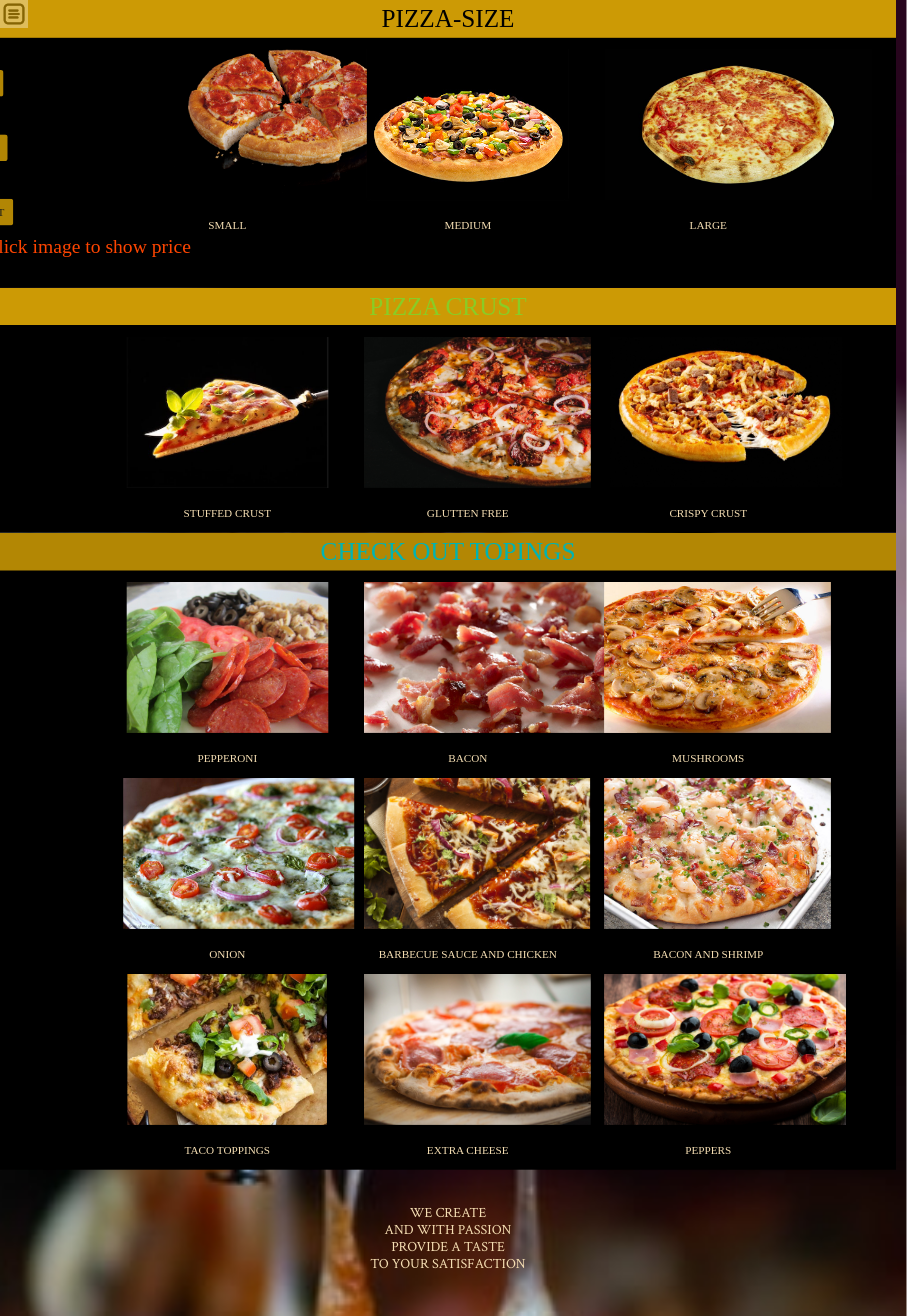
Repository: alexmwaura/MOREO--PIZZA-IP4
Page: mine.html
These files come from the project's save history. The page is drawn as it stood at one moment and after the next save; the edit follows.
The browser window is 1280 px wide. The page is 1303 px wide, so the pictures cover 1303 px, including what lies to the right of the window. The pictures show the part of the page from y = 0 to 1880 px (the page is 3153 px tall), at 70% of full size.
Some web fonts or font styles are not loaded; a fallback is used.

Above is the page before, as saved 2019-09-01 17:33:11.

After the next save:
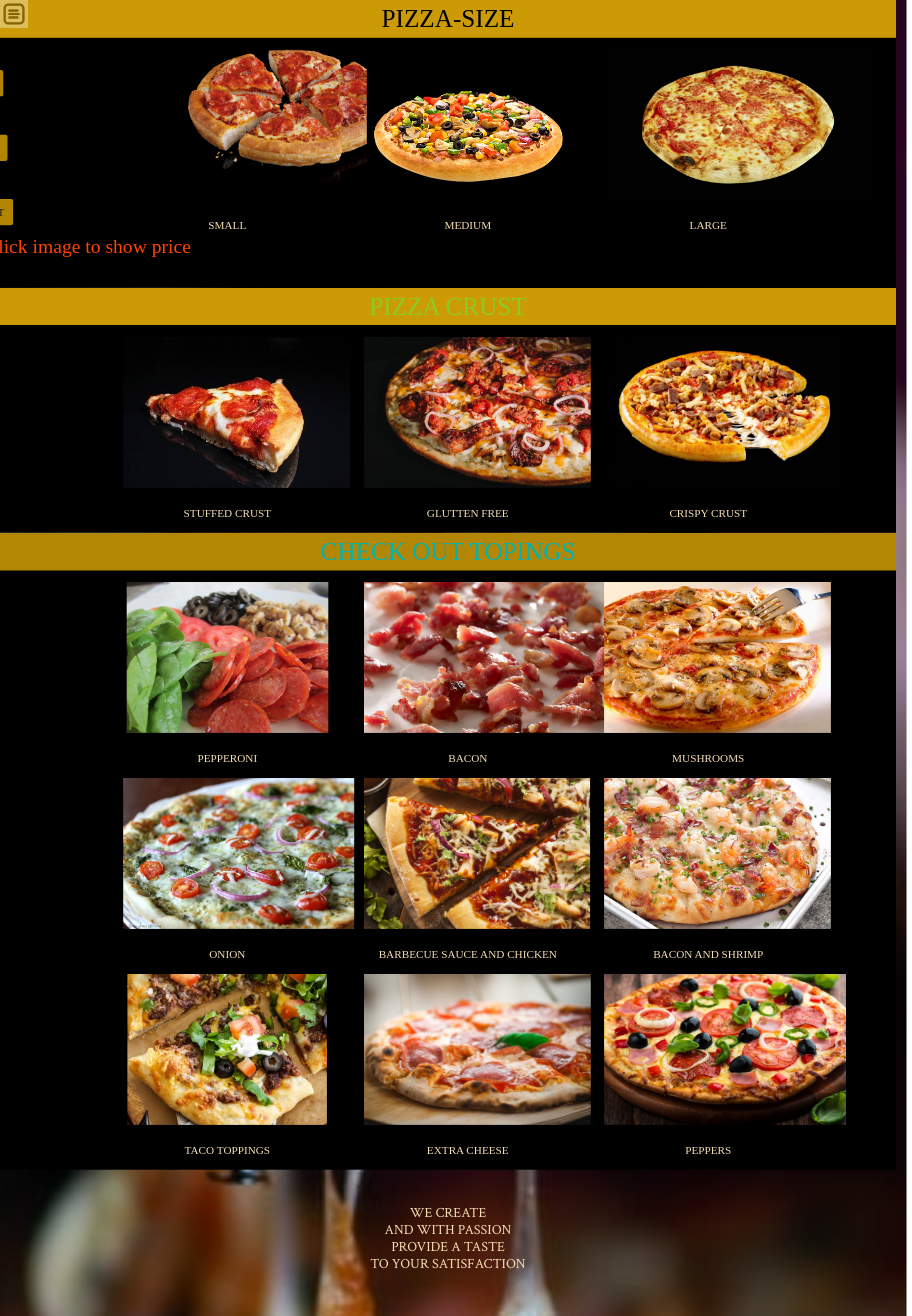
Saved 92 s later.
--- a/mine.html
+++ b/mine.html
@@ -152,7 +152,7 @@
 
                     <div class="col-lg-3 col-md-3 col-sm-3">
                         <div id="work1">
-                            <img src="./IMAGES/stuffed3.jpg" alt="" class="img-fluid-1"><br><br>
+                            <img src="./IMAGES/stuffed4.jpg" alt="" class="img-fluid-1"><br><br>
 
                             <div class="overlay">
                                 <div class="line">
